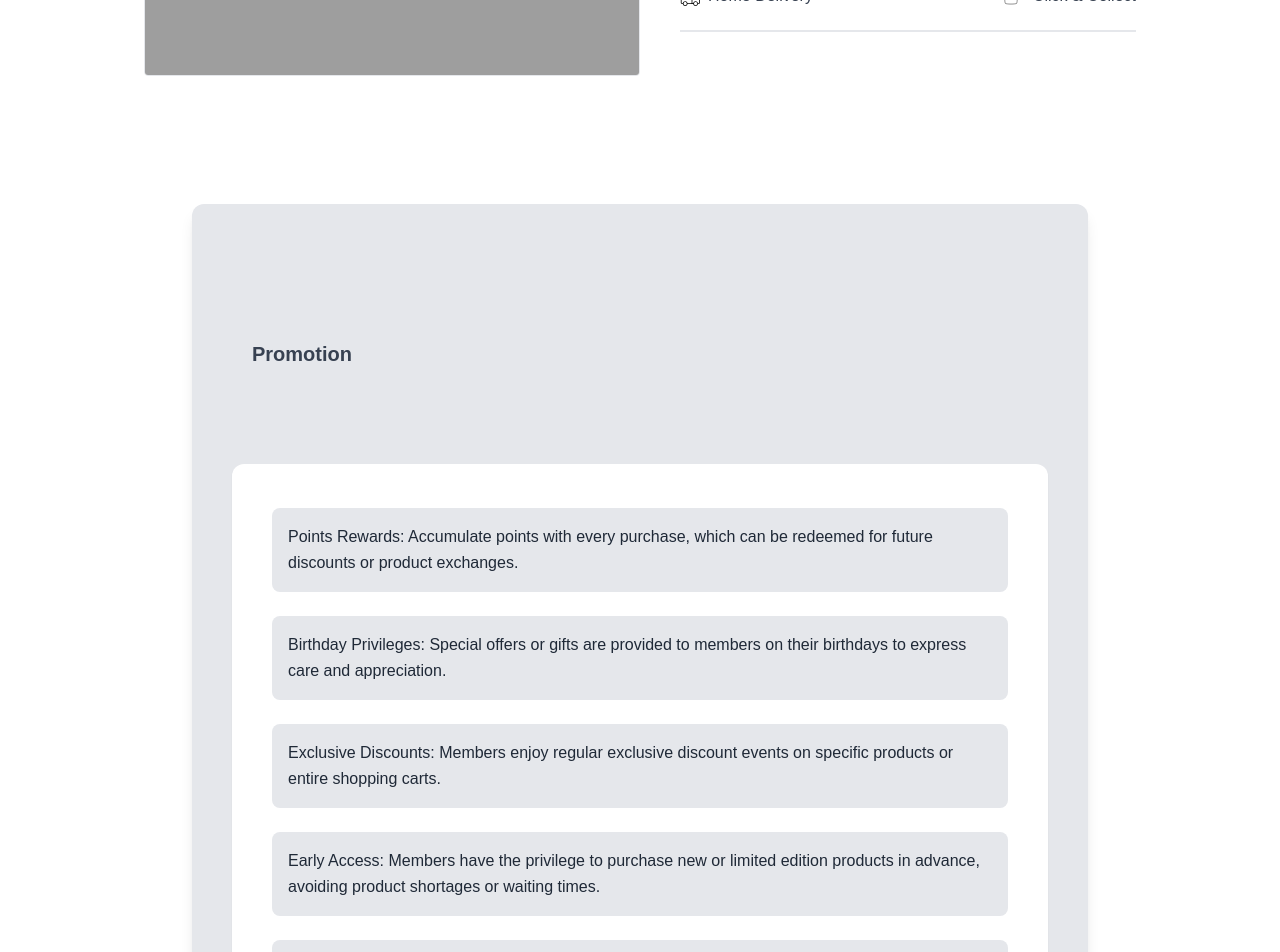
Repository: Harris132451/Final-Project-eShop
Page: /products/0.6MM THINLY WRAPPED PORK DUMPLING
The author's editor kept a copy of each file at every save. The page is drawn from the files as they stood at one save, then again after the next save.
The browser window is 1280 px wide. The pictures show the part of the page from y = 818 to 1770 px (the page is 2343 px tall before and 2151 px after).
Pictures or frames that could not be fetched are drawn as grey boxes. The page's requests for data from a server got no answer. The project was rebuilt for these pictures with package versions that can differ from the ones it lists, and the page was loaded fresh each time. No one was signed in, and anything a server would have sent is missing. Also part of the build but not shown: src/Page/Component/controlNum.js, src/Page/Component/PCinCart.js, src/Page/Component/SC.js, src/Page/Component/Slider.js, src/Page/Component/Loading/Loader.css, src/Page/Home.js, src/Page/Component/TPinCart.js, src/Page/Checkout.js and 5 more.

Above is the page before, as saved 2024-04-14 23:43:22.

### src/Page/Footer.js
function Footer() {
  return (
    <>
      <div className="bg-blue-600 flex flex-wrap flex-col sm:flex-row justify-center content-center px-4 sm:px-6 lg:px-8 font-medium">
        <div className="my-1 mx-2 ">
          <h2 className="text-xl font-bold">Company</h2>
          <p>About us</p>
          <p>Return Policy</p>
          <p>Delivery Methods</p>
          <p>FAQ</p>
        </div>
        <div className="my-1 mx-2">
          <h2 className="text-xl font-bold">Contacts</h2>
          <p>📞 12345678</p>
          <p>✉️ test@test.com</p>
        </div>
        <div className="my-1 mx-2">
          <h2 className="text-xl font-bold">Location:</h2>
          <p>
            Unit 03, 7/F, Millennium Trade Centre, <br />
            56 Kwai Cheong Road, Kwai Chung, NT
          </p>
        </div>
        <iframe
          className="mx-4 my-1"
          title="googleMap"
          src="https://www.google.com/maps/embed?pb=!1m18!1m12!1m3!1d1844.869820108395!2d114.13131213825925!3d22.363457675390126!2m3!1f0!2f0!3f0!3m2!1i1024!2i768!4f13.1!3m3!1m2!1s0x3403f899dc5c5b03%3A0xee9460f1d7de935e!2z6JG15raM6JG15piM6LevNTbomZ_osr_mmJPkuYvpg70!5e0!3m2!1szh-TW!2shk!4v1712110406039!5m2!1szh-TW!2shk"
          width="200"
          height="200"
          loading="lazy"
          allowFullScreen=""
          referrerPolicy="no-referrer-when-downgrade"
        ></iframe>
      </div>
    </>
  );
}

export default Footer;

### src/Page/ProductPage.js
import React, { useState, useEffect } from "react";
import { Link, useParams } from 'react-router-dom';
import { item } from './Component/product';
import withLoader from "./Component/withLoader"
import Breadcrumb from "./Component/Breadcrumb"
import deliver from "./deliver-food-svgrepo-com.svg"
import gift from "./gift-svgrepo-com.svg"
import ProductPromotion from "./Component/productPromotion";

const ProductPage = (props) => {
  const [amount, setAmount] = useState(1);
  const { productPage } = useParams();
  const decodedProductPage = decodeURIComponent(productPage);
  const product = item.find((i) => i.name === decodedProductPage);

  if (!product) {
    return <div>Product not found</div>;
  }

  const breadcrumbItems = [
    { text: 'Home', href: '/' },
    { text: product.bigcategories, href: `/${product.bigcategories}` },
    { text: product.smallcategories, href: `/product/${product.smallcategories}` },
    { text: product.name }
  ];

  return (
    <section className="text-gray-700 overflow-hidden bg-white font-[sans-serif]">

      <div className="container px-5 py-24 mx-auto">
      <div className="text-4xl font-extrabold text-gray-800 mb-12">
        <Breadcrumb items={breadcrumbItems} />
      </div>
        <div className="lg:w-4/5 mx-auto flex flex-wrap">
          <img
            alt="ecommerce"
            className="lg:w-1/2 w-full object-cover object-center rounded border border-gray-200"
            src={product.picture}
          />
          <div className="lg:w-1/2 w-full lg:pl-10 lg:py-6 mt-6 lg:mt-0">
            <h2 className="text-sm title-font text-gray-500 tracking-widest">{product.bigcategories}</h2>
            <h1 className="text-gray-900 text-3xl title-font font-medium mb-1">{product.name}</h1>
            <div className="flex mb-4">
              <Link className="text-gray-600 ml-3">4 Reviews</Link>
            </div>
            <p className="leading-relaxed">Fam locavore kickstarter distillery. Mixtape chillwave tumeric sriracha taximy chia microdosing tilde DIY. XOXO fam indxgo juiceramps cornhole raw denim forage brooklyn. Everyday carry +1 seitan poutine tumeric. Gastropub blue bottle austin listicle pour-over, neutra jean shorts keytar banjo tattooed umami cardigan.</p>
            <div className="flex mt-6 items-center pb-5 border-b-2 border-gray-200 mb-5">
              <div className="flex">
                <span className="mr-3">Unit</span>
                <span className="mr-4">{product.unit}</span>
              </div>
            </div>
            <div className="flex mt-6 items-center pb-5 border-b-2 border-gray-200 mb-5">
              <span className="title-font font-medium text-2xl text-gray-900">${product.price}</span>
              <button className="flex ml-auto text-white bg-blue-500 border-0 py-2 px-6 focus:outline-none rounded hover:bg-white hover:text-blue-500 hover:border-blue-500 hover:scale-110 transition duration-300 ease-in-out"
               onClick={() => {
                let newData = { ...props.items };
                let acn = props.Account;
                console.log(newData);
                if (acn) {
                  let PNameArr = [];
                  newData[acn]["Cart"].forEach((c) => {
                    PNameArr.push(c.name);
                  });
                  console.log(PNameArr);
                  if (PNameArr.includes(product.name)) {
                    for (
                      let i = 0;
                      i < newData[acn]["Cart"].length;
                      i++
                    ) {
                      if (newData[acn]["Cart"][i].name === product.name) {
                        newData[acn]["Cart"][i].qty += 1;
                        props.updateCart(newData[acn]["Cart"][i]);
                      }
                    }
                  } else {
                    props.updateCart(product);
                  }
                }
                props.updateIsOpenCart(true);
              }} >Add to cart</button>
            </div>
            <div className="flex items-center justify-between mt-6 pb-5 border-b-2 border-gray-200 mb-5">
              <div className="flex items-center space-x-2">
                <img src={deliver} alt="deliver" className="w-5 h-5"/>
                <span>Home Delivery</span>
              </div>
              <div className="flex items-center space-x-2">
                <img src={gift} alt="gift" className="w-7 h-7"/>
                <span>Click & Collect</span>
              </div>
            </div>

          </div>
        </div>
      </div>

      <div className="flex flex-col items-center justify-center mt-8 space-y-8">
        <div className="container px-10 py-10 mx-auto bg-gray-200 shadow-lg max-w-4xl truncate inline-block rounded-xl">
          <h2 className="text-xl font-semibold px-5 py-24">Promotion</h2>
          <ProductPromotion />
        </div>
        <div className="text-lg font-semibold">Description</div>
        <div className="text-lg font-semibold">Reviews</div>
      </div>

    </section>
  );
};

export default withLoader(ProductPage);

### src/Page/Component/ScrollBtn.js
import React, { useState } from "react";
import { FaArrowCircleUp } from "react-icons/fa";

const ScrollButton = () => {
  const [visible, setVisible] = useState(false);

  const toggleVisible = () => {
    const scrolled = document.documentElement.scrollTop;
    if (scrolled > 300) {
      setVisible(true);
    } else if (scrolled <= 300) {
      setVisible(false);
    }
  };

  const scrollToTop = () => {
    window.scrollTo({
      top: 0,
      behavior: "smooth",
      /* you can also use 'auto' behaviour
		in place of 'smooth' */
    });
  };

  window.addEventListener("scroll", toggleVisible);

  return (
    <button className="fixed  right-8 bottom-4 h-20 text-5xl z-10 cursor-pointer text-blue-300">
      <FaArrowCircleUp
        onClick={scrollToTop}
        style={{ display: visible ? "inline" : "none" }}
      />
    </button>
  );
};

export default ScrollButton;

### src/firebase/firebase.js
// Import the functions you need from the SDKs you need
import { initializeApp } from "firebase/app";
/* import { getAnalytics } from "firebase/analytics"; */
import { getAuth } from "firebase/auth";
// TODO: Add SDKs for Firebase products that you want to use
// https://firebase.google.com/docs/web/setup#available-libraries

// Your web app's Firebase configuration
// For Firebase JS SDK v7.20.0 and later, measurementId is optional

import { getFirestore } from "firebase/firestore";

const firebaseConfig = {
  apiKey: "AIzaSyAlfQxAV01MKSUnffMtmq6bTksAcXSNuSA",
  authDomain: "generation-group-eshop.firebaseapp.com",
  projectId: "generation-group-eshop",
  storageBucket: "generation-group-eshop.appspot.com",
  messagingSenderId: "551318279692",
  appId: "1:551318279692:web:44d464660b5437ef994029",
  measurementId: "G-LWZBK7E1JY",
};

// Initialize Firebase
export const app = initializeApp(firebaseConfig);
/* const analytics = getAnalytics(app); */

// Initialize Firebase Authentication and get a reference to the service
export const auth = getAuth(app);

export const db = getFirestore(app);

### src/Page/Component/Weather.js
function Weather(props) {
  const temperature = props.temperature;
  const weather = props.weather;

  return (
    <>
      <div className="flex mr-6 sm:mr-3">
        <div class="mr-1 mt-0.5 text-xl text-white sm:text-lg sm:mt-0">
          {temperature}°C
        </div>
        <div className="h-8 w-8 sm:h-7 sm:w-7">
          {weather === "normal" && <img src="normal.png" alt="normal" />}
          {weather === "cold" && <img src="cold.png" alt="cold" />}
          {weather === "hot" && <img src="hot.png" alt="hot" />}
        </div>
      </div>
    </>
  );
}

export default Weather;

### src/Page/Component/input.js
import { useEffect, useState, useRef } from "react";
import { item } from "./product.js";

function NameButton(n) {
  console.log(n);
}

const Inputbox = function () {
  const [Word, setWord] = useState("");
  const [BtnWord, setBtnWord] = useState("");
  const [IsBtnVisible, setIsBtnVisible] = useState(false);
  const [IsSerachBtn, setIsSerachBtn] = useState(false);
  const [ResultName, setResultName] = useState([]);
  const [BtnResultName, setBtnResultName] = useState([]);
  const [windowWidth, setWindowWidth] = useState(window.innerWidth);
  function InputName(name) {
    setWord(name.target.value);
  }
  function InputBtnName(name) {
    setBtnWord(name.target.value);
  }
  useEffect(() => {
    const InputKey = Word.replace(" ", "").toLowerCase();
    const NameArr = [];
    item.map((p) => {
      if (
        p.name.replace(" ", "").toLowerCase().indexOf(InputKey) !== -1 &&
        InputKey !== ""
      ) {
        NameArr.push(p.name);
      }
    });
    setIsBtnVisible(true);
    setResultName(NameArr);
  }, [Word]);

  useEffect(() => {
    const InputKey = BtnWord.replace(" ", "").toLowerCase();
    const NameArr = [];
    item.map((p) => {
      if (
        p.name.replace(" ", "").toLowerCase().indexOf(InputKey) !== -1 &&
        InputKey !== ""
      ) {
        NameArr.push(p.name);
      }
    });
    setBtnResultName(NameArr);
  }, [BtnWord]);

  const inputRef = useRef(null);
  useEffect(() => {
    const handleClickOutside = (event) => {
      if (inputRef.current && !inputRef.current.contains(event.target)) {
        setBtnWord("");
        setBtnResultName([]);
        setWord("");
        setResultName([]);
        setIsBtnVisible(false);
        setIsSerachBtn(false);
      }
    };

    document.addEventListener("mousedown", handleClickOutside);

    return () => {
      document.removeEventListener("mousedown", handleClickOutside);
    };
  }, [inputRef]);

  useEffect(() => {
    const handleResize = () => {
      setWindowWidth(window.innerWidth);
    };
    window.addEventListener("resize", handleResize);
    if (window.innerWidth >= 1024) {
      setIsSerachBtn(false);
      setBtnWord("");
      setBtnResultName([]);
    } else {
      setWord("");
      setResultName([]);
    }
    return () => {
      window.removeEventListener("resize", handleResize);
    };
  }, [window.innerWidth]);

  return (
    <>
      <div class="flex lg:border-solid">
        <div>
          <div class="pt-5 h-auto w-6 m-2 hidden lg:block">
            <img src="/SerachBtn.png" />
          </div>
        </div>
        <div class="pt-7 block lg:hidden z-50">
          <button
            onClick={() => {
              setIsSerachBtn(!IsSerachBtn);
            }}
          >
            <div class="h-auto w-6 ml-2 ">
              <img src="/SerachBtn.png" />
            </div>
          </button>
          {IsSerachBtn && window.innerWidth < 1024 && (
            <div class="flex flex-col pt-2 ">
              <div class="bg-white rounded-md shadow-lg">
                <div class="flex flex-wrap">
                  <input
                    ref={inputRef}
                    onChange={(b) => InputBtnName(b)}
                    class="h-8 w-72 m-1 p-2 border rounded-md border-blue-900"
                  ></input>
                  {BtnResultName.length > 0 && (
                    <div class="overflow-scroll h-96">
                      {BtnResultName.map((n) => {
                        return (
                          <button
                            key={n}
                            onClick={() => NameButton(n)}
                            class="w-72 m-1 p-2 rounded-md text-blue-900 hover:bg-blue-200"
                          >
                            <div class="text-left">{n}</div>
                          </button>
                        );
                      })}
                    </div>
                  )}
                </div>
              </div>
            </div>
          )}
        </div>
        {window.innerWidth >= 1024 && (
          <div class="flex flex-col pt-6 ">
            <input
              ref={inputRef}
              onChange={(b) => InputName(b)}
              class="w-72 border-2 border-blue-700  rounded-full bg-blue-800 text-white px-5 opacity-80 text-lg"
            ></input>
            {ResultName.length > 0 && IsBtnVisible && (
              <div class="bg-white z-50 rounded-md shadow-lg pt-2 ">
                <div class="flex flex-wrap">
                  <div class="overflow-scroll h-96">
                    {ResultName.map((n) => {
                      return (
                        <button
                          key={n}
                          onClick={() => NameButton(n)}
                          class="w-96 m-1 p-2 rounded-md text-blue-900 hover:bg-blue-200"
                        >
                          <div class="text-left">{n}</div>
                        </button>
                      );
                    })}
                  </div>
                </div>
              </div>
            )}
          </div>
        )}
      </div>
    </>
  );
};

export default Inputbox;

### src/Page/Component/categoriesData.js
export const categories =
[
    {
     "id": 1,
     "Name": "Drink",
     "Parent": 1
    },
    {
     "id": 2,
     "Name": "Snack",
     "Parent": 2
    },
    {
     "id": 3,
     "Name": "Chilled",
     "Parent": 3
    },
    {
     "id": 4,
     "Name": "liquor",
     "Parent": 1
    },
    {
     "id": 5,
     "Name": "water",
     "Parent": 1
    },
    {
     "id": 6,
     "Name": "Ready-to-drink tea, coffee, milk tea",
     "Parent": 1
    },
    {
     "id": 7,
     "Name": "Milk and cheese drinks",
     "Parent": 1
    },
    {
     "id": 8,
     "Name": "Japanese & Korea Snack",
     "Parent": 2
    },
    {
     "id": 9,
     "Name": "Chocolate",
     "Parent": 2
    },
    {
     "id": 10,
     "Name": "Meat Snack",
     "Parent": 2
    },
    {
     "id": 11,
     "Name": "Chinese Bakery & Egg Roll",
     "Parent": 2
    },
    {
     "id": 12,
     "Name": "Seafood",
     "Parent": 3
    },
    {
     "id": 13,
     "Name": "Meat",
     "Parent": 3
    },
    {
     "id": 14,
     "Name": "Vegetarian",
     "Parent": 3
    },
    {
     "id": 15,
     "Name": "Dumpling",
     "Parent": 3
    }
   ]

### src/Page/Component/withLoader.js
import React, { useState, useEffect } from 'react';
import Loader from './Loading/Loader';

const withLoader = (WrappedComponent) => {
  return (props) => {
    const [isLoading, setIsLoading] = useState(true);

    useEffect(() => {
      const timer = setTimeout(() => {
        setIsLoading(false);
      }, 1000);

      return () => {
        clearTimeout(timer);
      };
    }, []);

    return (
      <div>
        {isLoading ? <Loader /> : <WrappedComponent {...props} />}
      </div>
    );
  };
};

export default withLoader;

### src/Page/Component/Breadcrumb.js
import React from 'react';

const Breadcrumb = ({ items }) => {
  return (
    <nav className="flex" aria-label="Breadcrumb">
      <ol className="inline-flex items-center space-x-1 md:space-x-2 rtl:space-x-reverse">
        <li>
          <div className="flex items-center">
            {items.map((item, index) => (
              <React.Fragment key={index}>
                {index !== 0 && (
                  <svg className="rtl:rotate-180 w-3 h-3 text-gray-400 mx-1" aria-hidden="true" xmlns="http://www.w3.org/2000/svg" fill="none" viewBox="0 0 6 10">
                    <path stroke="currentColor" strokeLinecap="round" strokeLinejoin="round" strokeWidth="2" d="m1 9 4-4-4-4"/>
                  </svg>
                )}
                {index === 0 ? (
                  <a href={item.href} className="inline-flex items-center text-sm font-medium text-gray-700 hover:text-blue-600 dark:text-gray-400 dark:hover:text-white">
                    <svg className="w-3 h-3 me-2.5" aria-hidden="true" xmlns="http://www.w3.org/2000/svg" fill="currentColor" viewBox="0 0 20 20">
                      <path d="m19.707 9.293-2-2-7-7a1 1 0 0 0-1.414 0l-7 7-2 2a1 1 0 0 0 1.414 1.414L2 10.414V18a2 2 0 0 0 2 2h3a1 1 0 0 0 1-1v-4a1 1 0 0 1 1-1h2a1 1 0 0 1 1 1v4a1 1 0 0 0 1 1h3a2 2 0 0 0 2-2v-7.586l.293.293a1 1 0 0 0 1.414-1.414Z"/>
                    </svg>
                    {item.text}
                  </a>
                ) : (
                  index === items.length - 1 ? (
                    <span className="text-sm font-medium text-gray-700 dark:text-gray-400">{item.text}</span>
                  ) : (
                    <a href={item.href} className="inline-flex items-center text-sm font-medium text-gray-700 hover:text-blue-600 dark:text-gray-400 dark:hover:text-white">
                      {item.text}
                    </a>
                  )
                )}
              </React.Fragment>
            ))}
          </div>
        </li>
      </ol>
    </nav>
  );
};

export default Breadcrumb;

### src/Page/Component/productPromotion.js
import React, { useState } from 'react';

function ProductPromotion() {
  const [expanded, setExpanded] = useState(false);
  const [styleEnabled, setStyleEnabled] = useState(false);

  const toggleExpandedWithPreventDefault = (event) => {
    event.preventDefault();
    setExpanded(!expanded);
  };

  const promoContent = [
    "Points Rewards: Accumulate points with every purchase, which can be redeemed for future discounts or product exchanges.",
    "Birthday Privileges: Special offers or gifts are provided to members on their birthdays to express care and appreciation.",
    "Exclusive Discounts: Members enjoy regular exclusive discount events on specific products or entire shopping carts.",
    "Early Access: Members have the privilege to purchase new or limited edition products in advance, avoiding product shortages or waiting times.",
    "Free Delivery: Members benefit from free delivery services, regardless of purchase amount, ensuring convenience with doorstep delivery.",
    "VIP Customer Service: Providing faster and superior customer service to members, including dedicated hotlines or online support.",
    "Rebate Programs: Earn a certain percentage of rebates on purchases, which can be used for future shopping or cashed out.",
    "Double Points Day: Regularly hold double or multiple points days, where members receive double or more points for purchases during this period.",
    "Eligibility for Member Activities: Participation in specific promotions, gifts, or draw events is limited to members.",
    "Exclusive Events and Packages: Periodically host member-exclusive events and provide exclusive gift packages or gifts."
  ];

  return (
    <div className="container px-10 py-5 mx-auto bg-white shadow-sm rounded-xl max-w-4xl truncate inline-block">
      {promoContent.slice(0, expanded ? promoContent.length : 5).map((content, index) => (
        <div key={index} className="product-promotion-item my-6 leading-relaxed text-gray-800 truncate transition duration-500 hover:bg-gray-100 hover:text-blue-500 hover:shadow-lg rounded-lg p-4 whitespace-normal bg-gray-200">{content}</div>
      ))}
      {!expanded &&
        <div className={`my-6 leading-relaxed text-gray-800 truncate transition duration-500 ${styleEnabled ? 'hover:bg-gray-100 hover:text-blue-500 hover:shadow-lg' : ''} rounded-lg p-4 whitespace-normal`}>
          <a href="#" className="text-blue-500 hover:underline" onClick={toggleExpandedWithPreventDefault}>Read more</a>
        </div>
      }
    </div>
  );
}

export default ProductPromotion;

### src/Page/Component/Loading/Loader.js
import React from 'react';
import './Loader.css';

const Loader = () => {
    return (
      <div className="h-64 flex items-center justify-center mx-auto">
        <div className="loader">
          <div className="loader-wheel"></div>
        </div>
      </div>
    );
  };

  export default Loader;

Loaded but not shown: public/index.html (common file); src/index.js (common file); src/index.css (common file); src/reportWebVitals.js (common file); tailwind.config.js (common file); src/Page/Component/product.js (327 lines, source omitted); src/Page/Header.js (235 lines, source omitted); src/App.js (207 lines, source omitted)

After the next save:
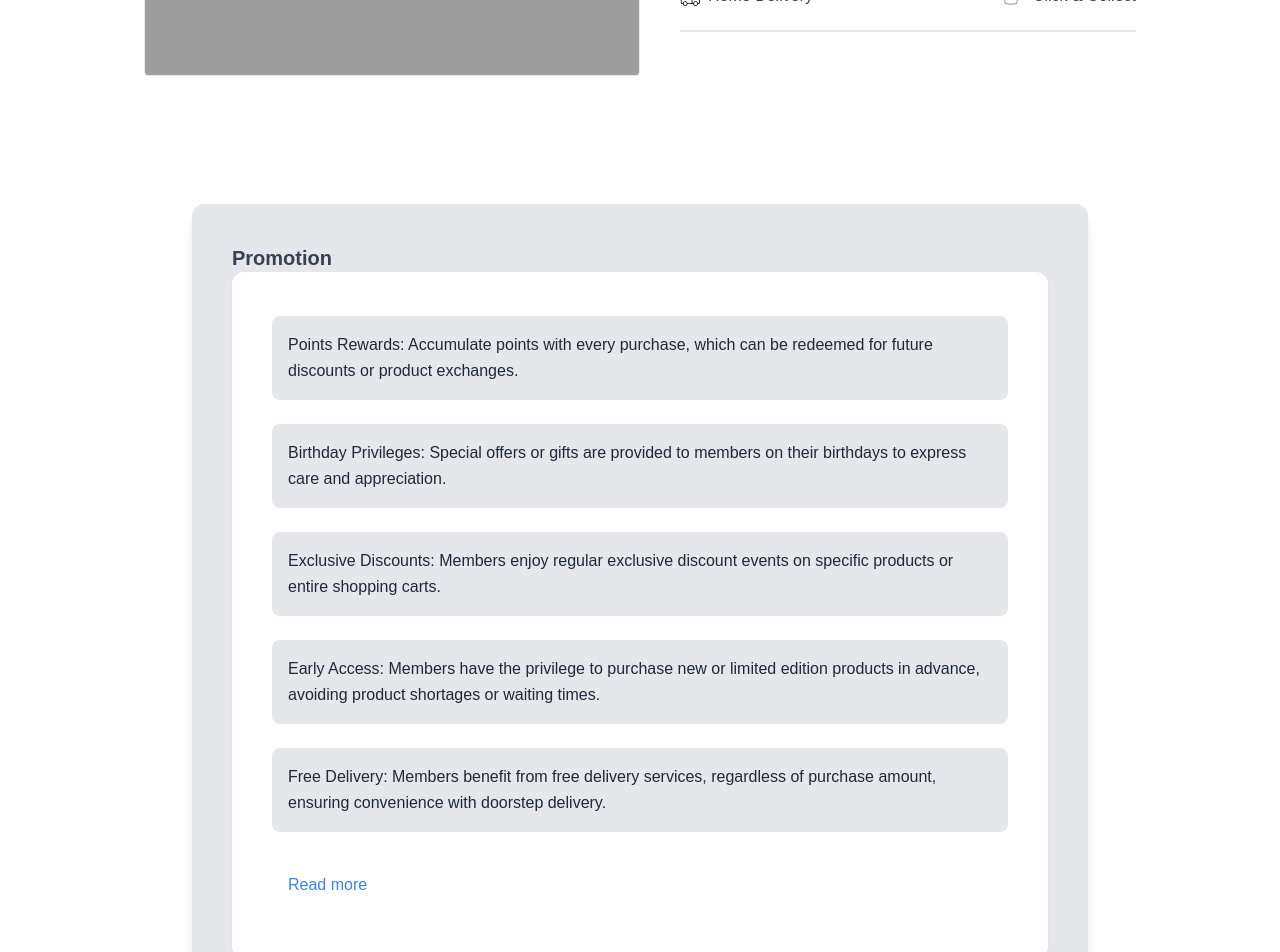
Saved 17 s later.
--- a/src/Page/ProductPage.js
+++ b/src/Page/ProductPage.js
@@ -98,7 +98,7 @@ const ProductPage = (props) => {
 
       <div className="flex flex-col items-center justify-center mt-8 space-y-8">
         <div className="container px-10 py-10 mx-auto bg-gray-200 shadow-lg max-w-4xl truncate inline-block rounded-xl">
-          <h2 className="text-xl font-semibold px-5 py-24">Promotion</h2>
+          <h2 className="text-xl font-semibold ">Promotion</h2>
           <ProductPromotion />
         </div>
         <div className="text-lg font-semibold">Description</div>
